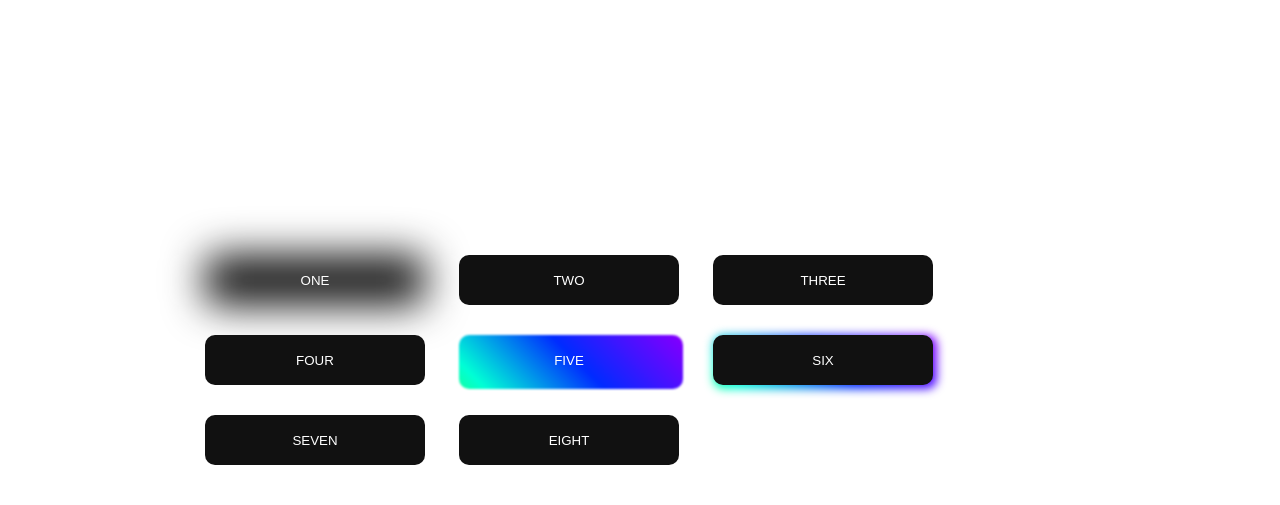
Repository: DanyalNajeeb/dns-button
Page: index.html
An editor plug-in stored every save of this project. The page is shown before and after a run of saves, followed by the edit.
The browser window is 1280 px wide. The pictures show the whole page.

Above is the page before, as saved 2021-01-11 16:08:12.

After the next 4 saves:
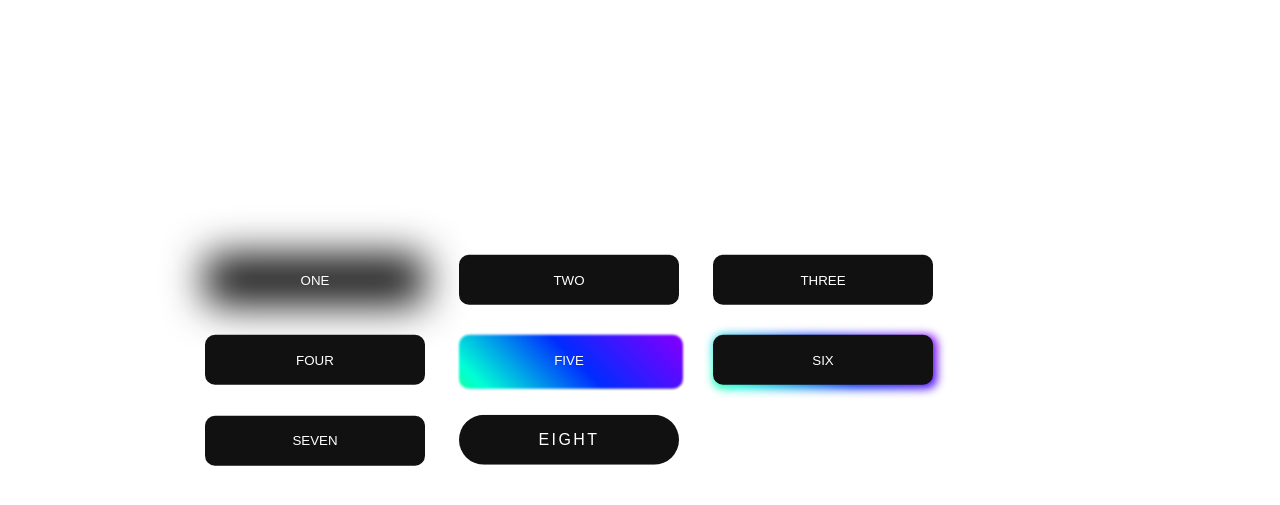
The 4 saves are shown as one change because they came seconds apart.
The last was saved 23 s later.
--- a/css/dns-button.css
+++ b/css/dns-button.css
@@ -117,6 +117,20 @@
     top: 0;
     border-radius: 10px;
 }
+
+.dns-button.slideIn{
+    display: inline-block;
+  padding: .75rem 1.25rem;
+  border-radius: 10rem;
+  color: #fff;
+  text-transform: uppercase;
+  font-size: 1rem;
+  letter-spacing: .15rem;
+  transition: all .3s;
+  position: relative;
+  overflow: hidden;
+  z-index: 1;
+}
 @keyframes glowing {
     0% { background-position: 0 0; }
     50% { background-position: 400% 0; }
